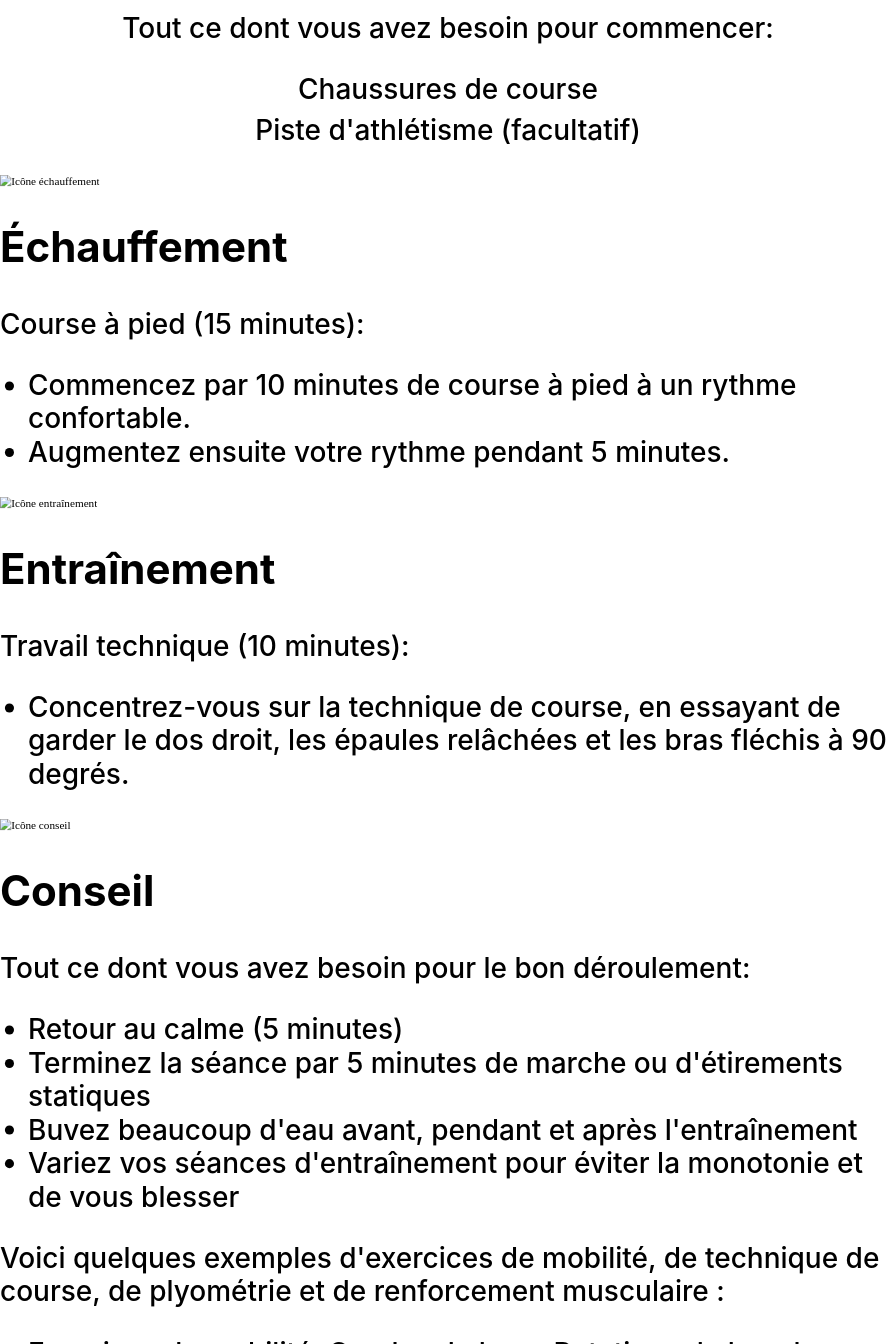
Repository: AdilGHAZAL/MosaiqueWebdoc
Page: /
These files come from the project's save history. The page is drawn as it stood at one moment and after the next save; the edit follows.
The browser window is 1280 px wide. The pictures show the part of the page from y = 977 to 2897 px (the page is 3260 px tall before and 3728 px after), at 70% of full size.
Some web fonts or font styles are not loaded; a fallback is used. The project was rebuilt for these pictures with package versions that can differ from the ones it lists, and the page was loaded fresh each time. Also part of the build but not shown: vite.config.js, src/App.css, src/components/Navbar.css, src/components/Navbar.jsx, src/components/Athletes.css, src/components/Athletes.jsx, src/components/Athletes2.jsx, src/components/Athletes3.jsx and 18 more.

Above is the page before, as saved 2024-05-02 17:32:58.

After the next save:
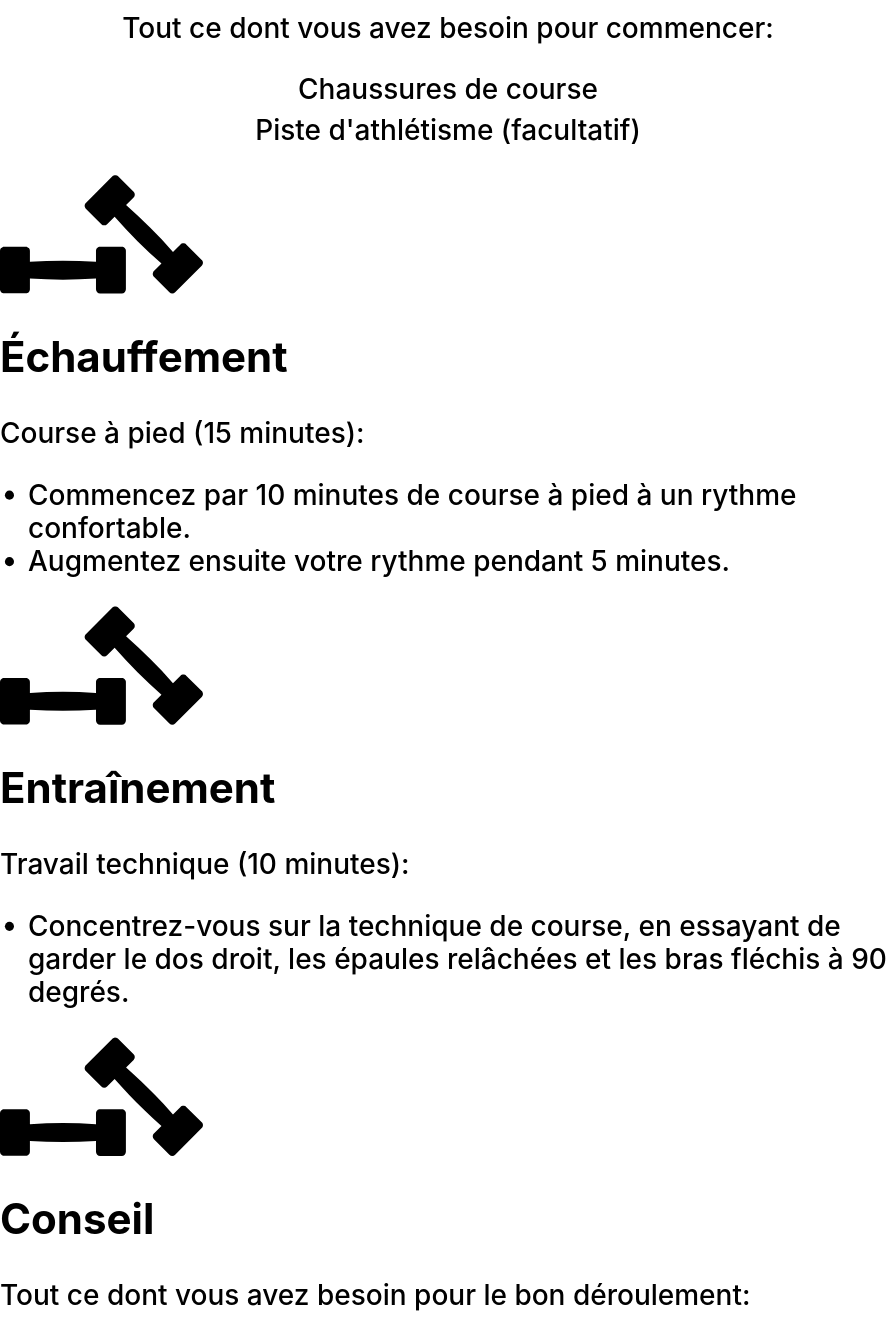
Saved 61 s later.
--- a/src/TrainingPage.jsx
+++ b/src/TrainingPage.jsx
@@ -20,7 +20,7 @@
       </div>
 
       <div className="sectionWarmUp">
-        <img src="" alt="Icône échauffement" />
+        <img src="./src/assets/Icon2.svg" alt="Icône échauffement" />
         <h2>Échauffement</h2>
         <div>
           <p>Course à pied (15 minutes):</p>
@@ -32,7 +32,7 @@
       </div>
 
       <div className="sectionTraining">
-        <img src="" alt="Icône entraînement" />
+        <img src="./src/assets/Icon2.svg" alt="Icône entraînement" />
         <h2>Entraînement</h2>
         <div>
           <p>Travail technique (10 minutes):</p>
@@ -43,7 +43,7 @@
       </div>
 
       <div className="sectionAdvice">
-        <img src="" alt="Icône conseil" />
+        <img src="./src/assets/Icon2.svg" alt="Icône conseil" />
         <h2>Conseil</h2>
         <div>
           <p>Tout ce dont vous avez besoin pour le bon déroulement:</p>
